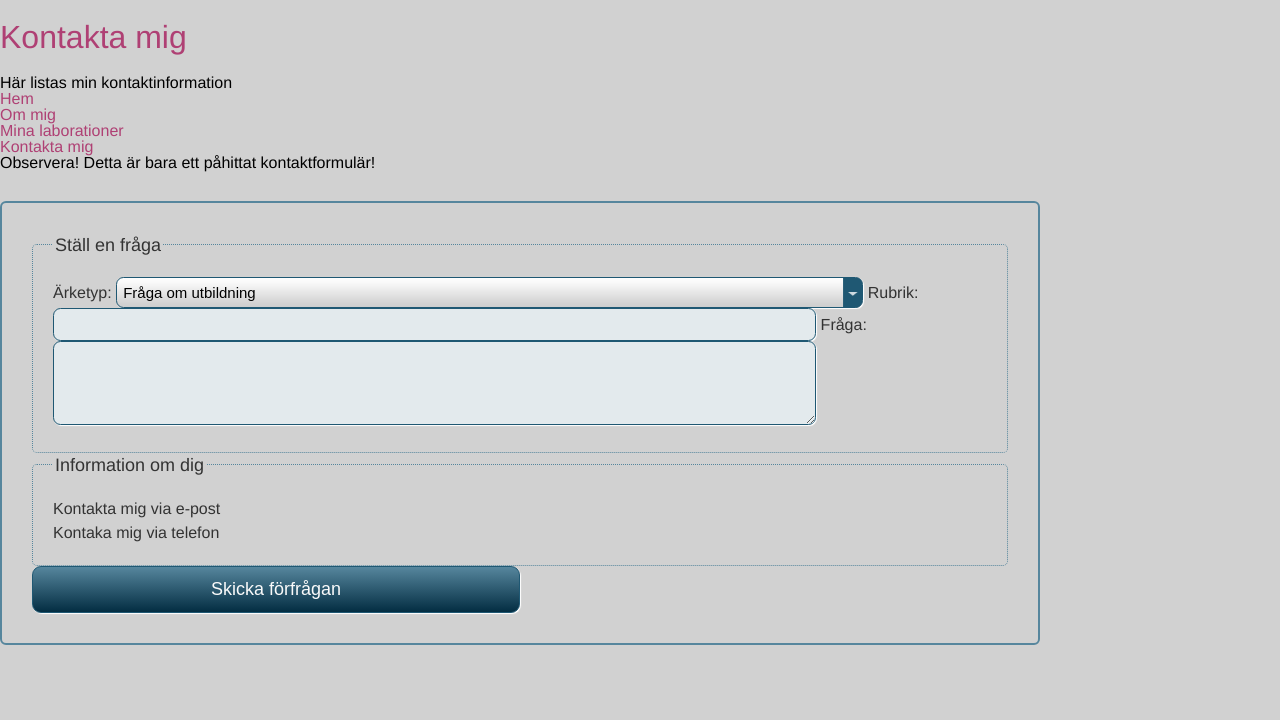
Repository: Holmewi/1ik415-jh222qr-laborationer
Page: pages/kontakt.html
The author's editor kept a record of every edit. The page is drawn from the files as they stood at one moment, then again after the next edit.
The browser window is 1280 px wide. The pictures show the whole page.

Above is the page before.

After the next edit:
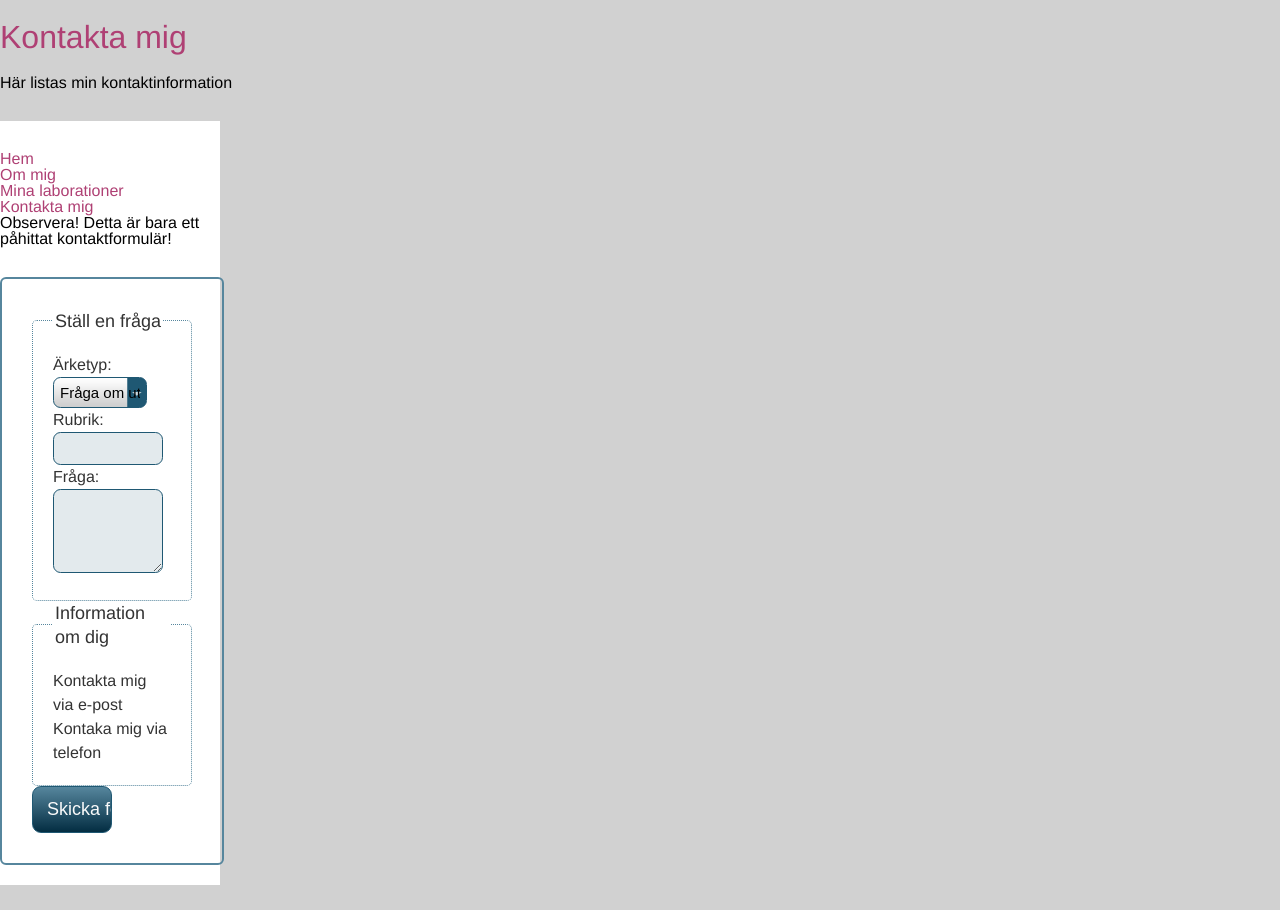
The edit:
--- a/pages/kontakt.html
+++ b/pages/kontakt.html
@@ -13,15 +13,16 @@
             </header>
 
 
-                <div>
-                    <ul>
-                        <li><a href="../index.html">Hem</a></li>
-                        <li><a href="presentation.html">Om mig</a></li>
-                        <li><a href="laborationer.html">Mina laborationer</a></li>
-                        <li><a href="kontakt.html">Kontakta mig</a></li>
-                    </ul>
-                </div>
+            <nav>
+                <ul>
+                    <li><a href="../index.html">Hem</a></li>
+                    <li><a href="presentation.html">Om mig</a></li>
+                    <li><a href="laborationer.html">Mina laborationer</a></li>
+                    <li><a href="kontakt.html">Kontakta mig</a></li>
+                </ul>
+            </div>
 
+            <content>
                 <p>Observera! Detta är bara ett påhittat kontaktformulär!</p>
 
                 <a id="kontaktform"></a>
